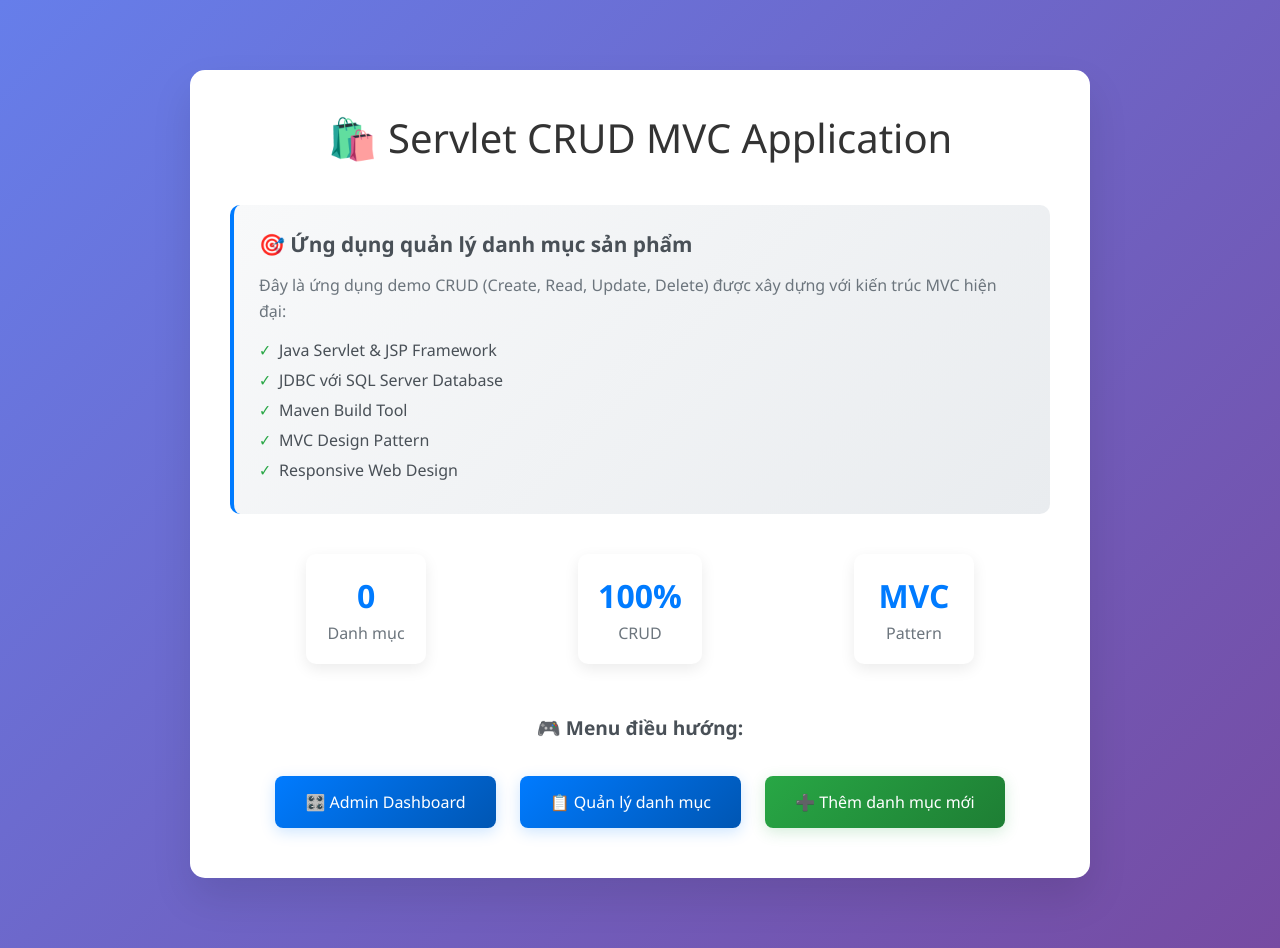
Repository: Ticasslo/23110327_HuynhNgocThang_LTWeb_BT
Page: http://localhost/23110327/
These files come from the project's save history. The page is drawn as it stood at one moment and after the next save; the edit follows.
The browser window is 1280 px wide. The pictures show the whole page.
The page is served by Tomcat 10. Other server files are loaded and not shown. The template is opened directly, without the code that normally fills it, so the values that code supplies are empty.

Above is the page before, as saved 2025-08-30 06:07:17.

### 23110327/src/main/webapp/index.jsp
<%@ page language="java" contentType="text/html; charset=UTF-8" pageEncoding="UTF-8"%>
<%@ taglib prefix="c" uri="http://java.sun.com/jsp/jstl/core" %>
<!DOCTYPE html>
<html>
<head>
    <meta charset="UTF-8">
    <title>Servlet CRUD MVC - Trang chủ</title>
    <style>
        * {
            margin: 0;
            padding: 0;
            box-sizing: border-box;
        }
        body {
            font-family: 'Segoe UI', Tahoma, Geneva, Verdana, sans-serif;
            background: linear-gradient(135deg, #667eea 0%, #764ba2 100%);
            min-height: 100vh;
            padding: 20px;
        }
        .container {
            max-width: 900px;
            margin: 50px auto;
            background: white;
            padding: 40px;
            border-radius: 15px;
            box-shadow: 0 20px 40px rgba(0,0,0,0.1);
            backdrop-filter: blur(10px);
        }
        h1 {
            color: #333;
            text-align: center;
            margin-bottom: 40px;
            font-size: 2.5em;
            font-weight: 300;
        }
        .description {
            margin: 30px 0;
            padding: 25px;
            background: linear-gradient(135deg, #f8f9fa 0%, #e9ecef 100%);
            border-radius: 10px;
            border-left: 4px solid #007bff;
        }
        .description h3 {
            color: #495057;
            margin-bottom: 15px;
            font-size: 1.3em;
        }
        .description p {
            color: #6c757d;
            line-height: 1.6;
            margin-bottom: 15px;
        }
        .description ul {
            list-style: none;
            padding-left: 0;
        }
        .description li {
            color: #495057;
            margin: 8px 0;
            padding-left: 20px;
            position: relative;
        }
        .description li:before {
            content: "✓";
            position: absolute;
            left: 0;
            color: #28a745;
            font-weight: bold;
        }
        .menu {
            text-align: center;
            margin-top: 40px;
        }
        .menu h3 {
            color: #495057;
            margin-bottom: 25px;
            font-size: 1.2em;
        }
        .btn {
            display: inline-block;
            padding: 15px 30px;
            margin: 10px;
            background: linear-gradient(135deg, #007bff 0%, #0056b3 100%);
            color: white;
            text-decoration: none;
            border-radius: 8px;
            font-size: 16px;
            font-weight: 500;
            transition: all 0.3s ease;
            box-shadow: 0 4px 15px rgba(0,123,255,0.2);
        }
        .btn:hover {
            transform: translateY(-2px);
            box-shadow: 0 8px 25px rgba(0,123,255,0.3);
            background: linear-gradient(135deg, #0056b3 0%, #003d82 100%);
        }
        .btn-add {
            background: linear-gradient(135deg, #28a745 0%, #1e7e34 100%);
            box-shadow: 0 4px 15px rgba(40,167,69,0.2);
        }
        .btn-add:hover {
            background: linear-gradient(135deg, #1e7e34 0%, #155724 100%);
            box-shadow: 0 8px 25px rgba(40,167,69,0.3);
        }
        .stats {
            display: flex;
            justify-content: space-around;
            margin: 30px 0;
            flex-wrap: wrap;
        }
        .stat-item {
            text-align: center;
            padding: 20px;
            background: white;
            border-radius: 10px;
            box-shadow: 0 5px 15px rgba(0,0,0,0.08);
            min-width: 120px;
            margin: 10px;
        }
        .stat-number {
            font-size: 2em;
            font-weight: bold;
            color: #007bff;
        }
        .stat-label {
            color: #6c757d;
            margin-top: 5px;
        }
        @media (max-width: 768px) {
            .container {
                margin: 20px auto;
                padding: 20px;
            }
            h1 {
                font-size: 2em;
            }
            .btn {
                display: block;
                margin: 10px auto;
                width: 80%;
            }
        }
    </style>
</head>
<body>
    <div class="container">
        <h1>🛍️ Servlet CRUD MVC Application</h1>

        <div class="description">
            <h3>🎯 Ứng dụng quản lý danh mục sản phẩm</h3>
            <p>Đây là ứng dụng demo CRUD (Create, Read, Update, Delete) được xây dựng với kiến trúc MVC hiện đại:</p>
            <ul>
                <li>Java Servlet & JSP Framework</li>
                <li>JDBC với SQL Server Database</li>
                <li>Maven Build Tool</li>
                <li>MVC Design Pattern</li>
                <li>Responsive Web Design</li>
            </ul>
        </div>

        <div class="stats">
            <div class="stat-item">
                <div class="stat-number">${totalCategories != null ? totalCategories : '0'}</div>
                <div class="stat-label">Danh mục</div>
            </div>
            <div class="stat-item">
                <div class="stat-number">100%</div>
                <div class="stat-label">CRUD</div>
            </div>
            <div class="stat-item">
                <div class="stat-number">MVC</div>
                <div class="stat-label">Pattern</div>
            </div>
        </div>

        <div class="menu">
            <h3>🎮 Menu điều hướng:</h3>
            <a href="<c:url value='/admin/home'/>" class="btn">🎛️ Admin Dashboard</a>
            <a href="<c:url value='/admin/category/list'/>" class="btn">📋 Quản lý danh mục</a>
            <a href="<c:url value='/admin/category/add'/>" class="btn btn-add">➕ Thêm danh mục mới</a>
        </div>
    </div>
</body>
</html>

After the next save:
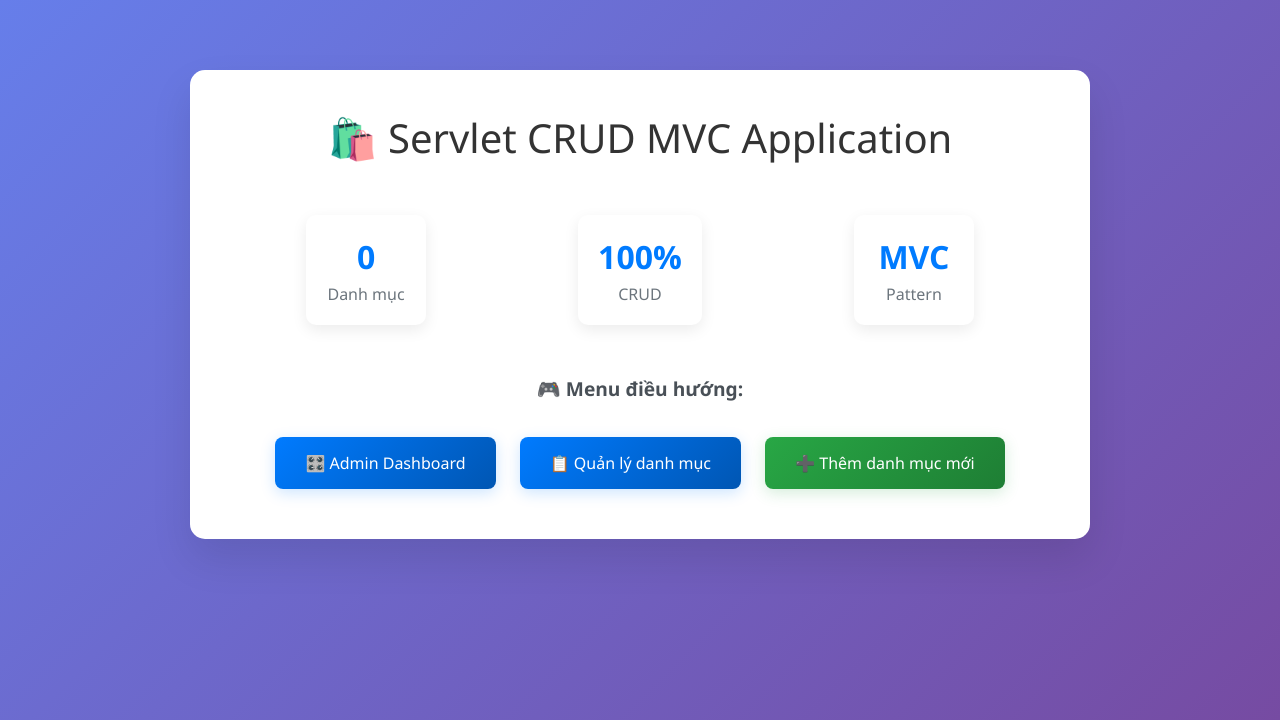
Saved 18 s later.
--- a/23110327/src/main/webapp/index.jsp
+++ b/23110327/src/main/webapp/index.jsp
@@ -146,18 +146,6 @@
     <div class="container">
         <h1>🛍️ Servlet CRUD MVC Application</h1>
 
-        <div class="description">
-            <h3>🎯 Ứng dụng quản lý danh mục sản phẩm</h3>
-            <p>Đây là ứng dụng demo CRUD (Create, Read, Update, Delete) được xây dựng với kiến trúc MVC hiện đại:</p>
-            <ul>
-                <li>Java Servlet & JSP Framework</li>
-                <li>JDBC với SQL Server Database</li>
-                <li>Maven Build Tool</li>
-                <li>MVC Design Pattern</li>
-                <li>Responsive Web Design</li>
-            </ul>
-        </div>
-
         <div class="stats">
             <div class="stat-item">
                 <div class="stat-number">${totalCategories != null ? totalCategories : '0'}</div>
